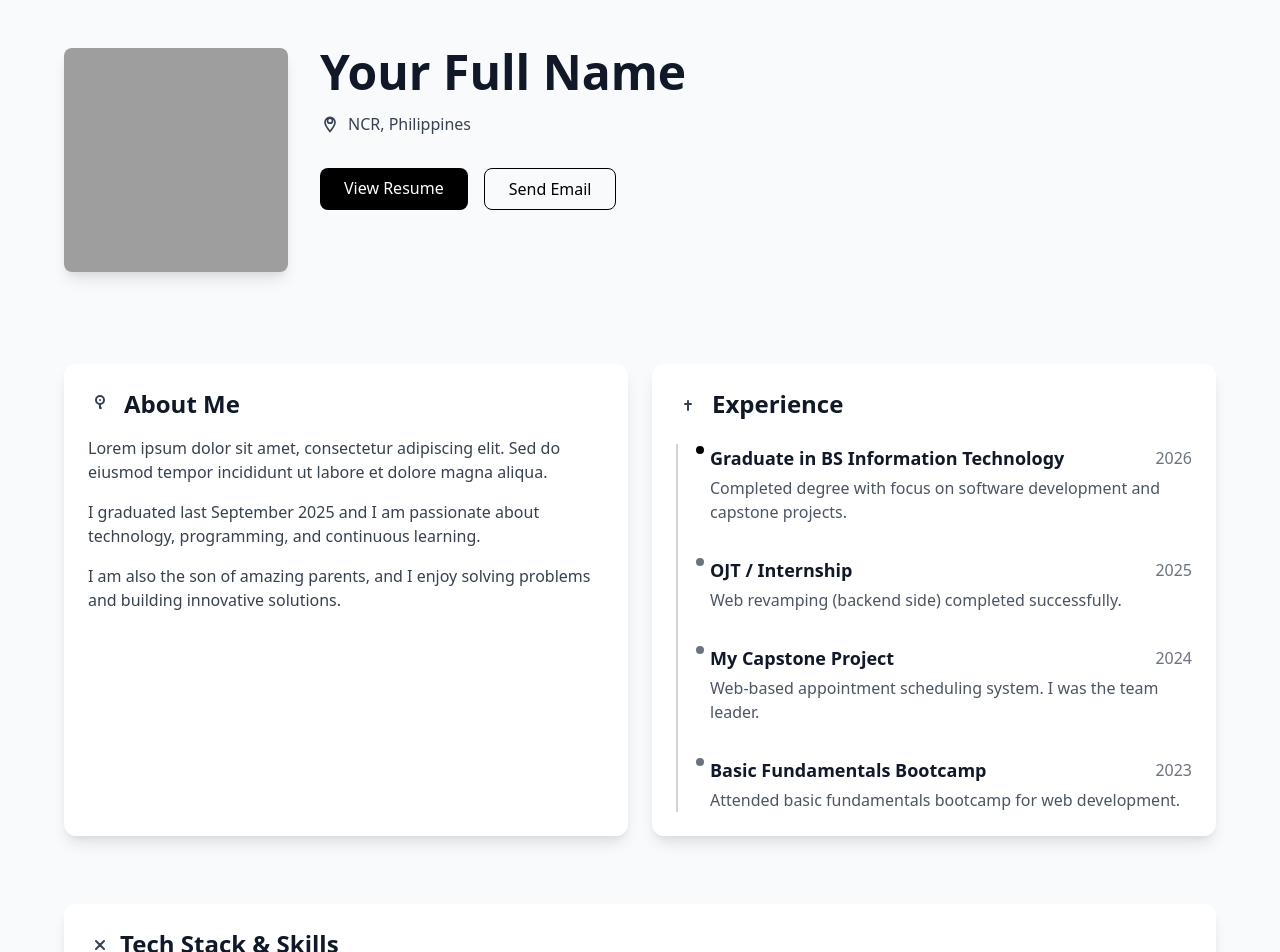
Repository: MeekSharkdev/cv-portfolio
Page: index.html
These files come from the project's save history. The page is drawn as it stood at one moment and after the next save; the edit follows.
The browser window is 1280 px wide. The pictures show the part of the page from y = 0 to 952 px (the page is 2580 px tall before and 3224 px after).
Pictures or frames that could not be fetched are drawn as grey boxes. A picture or video elsewhere on the page could not be fetched, so the positions and the page height are approximate.

Above is the page before, as saved 2026-01-31 15:59:18.
Not found: styles.css

After the next save:
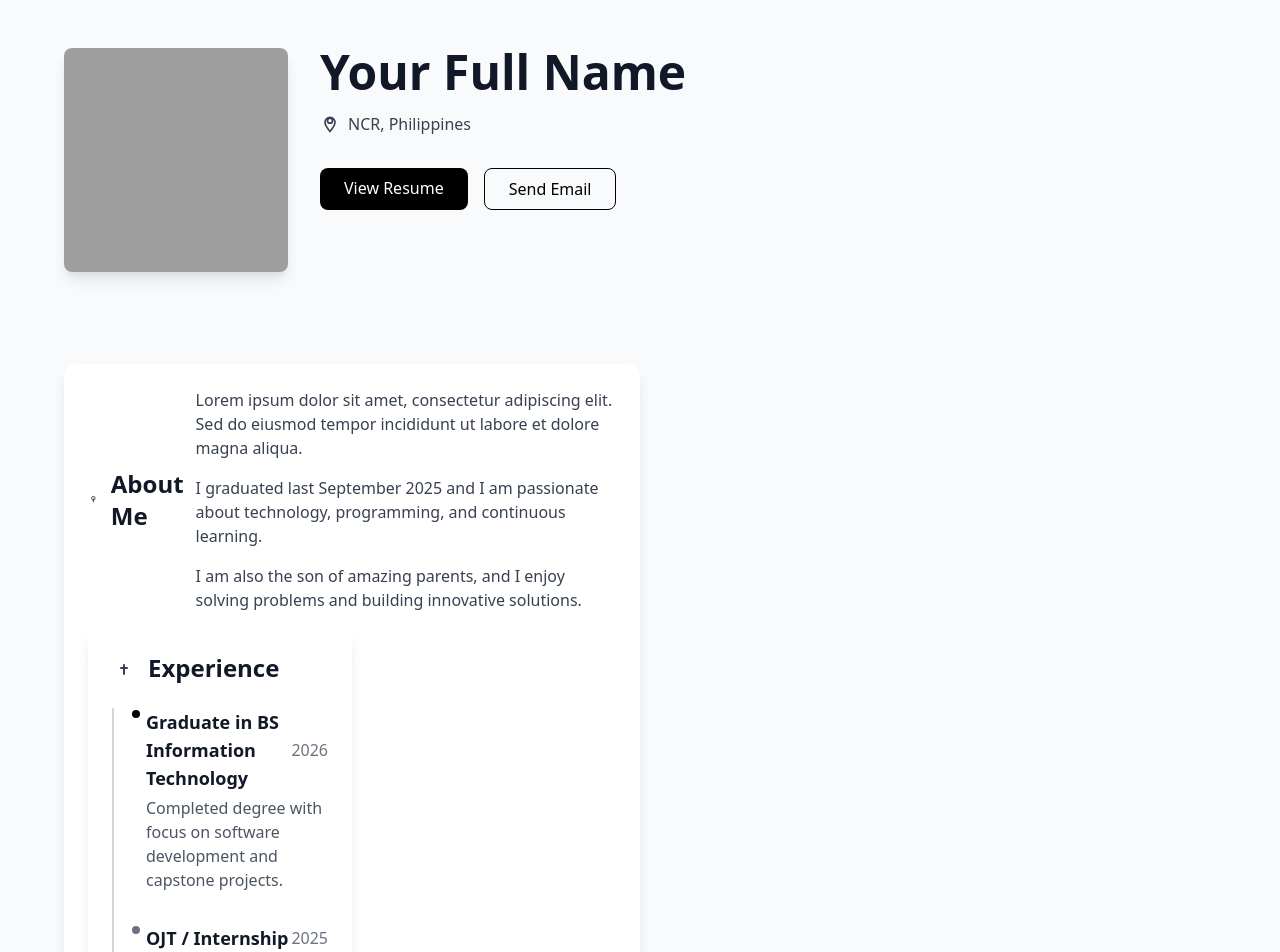
Saved 68 s later.
--- a/index.html
+++ b/index.html
@@ -68,14 +68,14 @@
         <div class="md:w-1/2 p-6 bg-white rounded-xl shadow-lg shadow-gray-300/20">
             <!-- Header with Icon -->
             <div class="flex items-center gap-3 mb-4">
-                <!-- About Icon -->
-                <svg xmlns="http://www.w3.org/2000/svg" class="h-6 w-6 text-gray-700" fill="none" viewBox="0 0 24 24"
-                    stroke="currentColor">
-                    <path stroke-linecap="round" stroke-linejoin="round" stroke-width="2"
-                        d="M13 16h-1v-4h-1m1-4h.01M12 12h.01M12 12a4 4 0 110-8 4 4 0 010 8z" />
-                </svg>
-                <h2 class="text-2xl font-semibold">About Me</h2>
-            </div>
+            <!-- About Icon -->
+            <svg xmlns="http://www.w3.org/2000/svg" class="h-6 w-6 text-gray-700" fill="none" viewBox="0 0 24 24"
+                stroke="currentColor">
+                <path stroke-linecap="round" stroke-linejoin="round" stroke-width="2"
+                    d="M13 16h-1v-4h-1m1-4h.01M12 12h.01M12 12a4 4 0 110-8 4 4 0 010 8z" />
+            </svg>
+            <h2 class="text-2xl font-semibold">About Me</h2>
+
 
             <!-- Paragraphs -->
             <div class="flex flex-col gap-4 text-gray-700">
